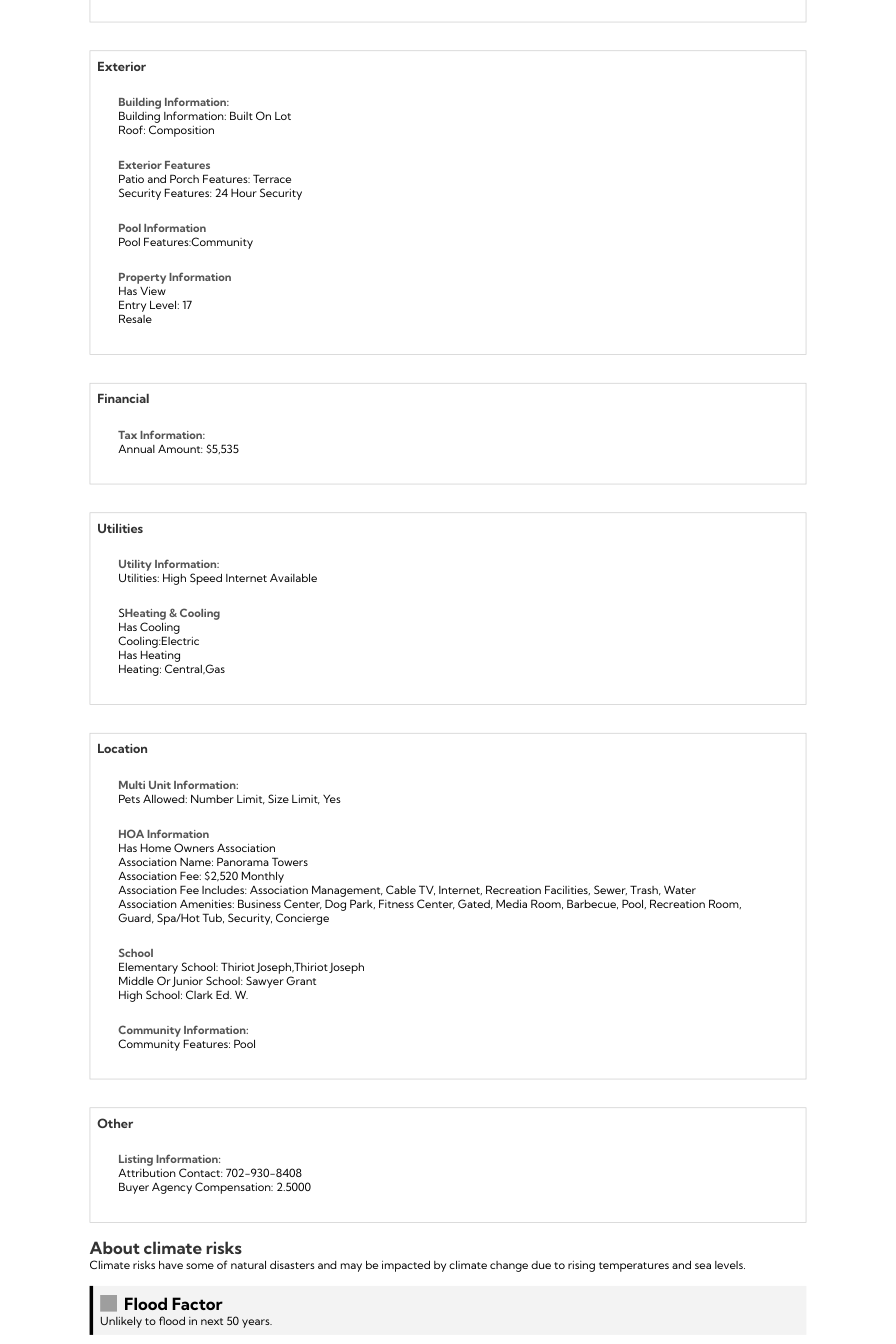
Repository: MrAllin1/ProgWWW_23_Gr1
Page: pages/House1.html
The author's editor kept a copy of each file at every save. The page is drawn from the files as they stood at one save, then again after the next save.
The browser window is 1280 px wide. The pictures show the part of the page from y = 3260 to 5180 px (the page is 5797 px tall before and 5777 px after), at 70% of full size.
Pictures or frames that could not be fetched are drawn as grey boxes. A picture or video elsewhere on the page could not be fetched, so the positions and the page height are approximate. Some web libraries are served in a nearby version.

Above is the page before, as saved 2024-01-11 07:57:12.

After the next save:
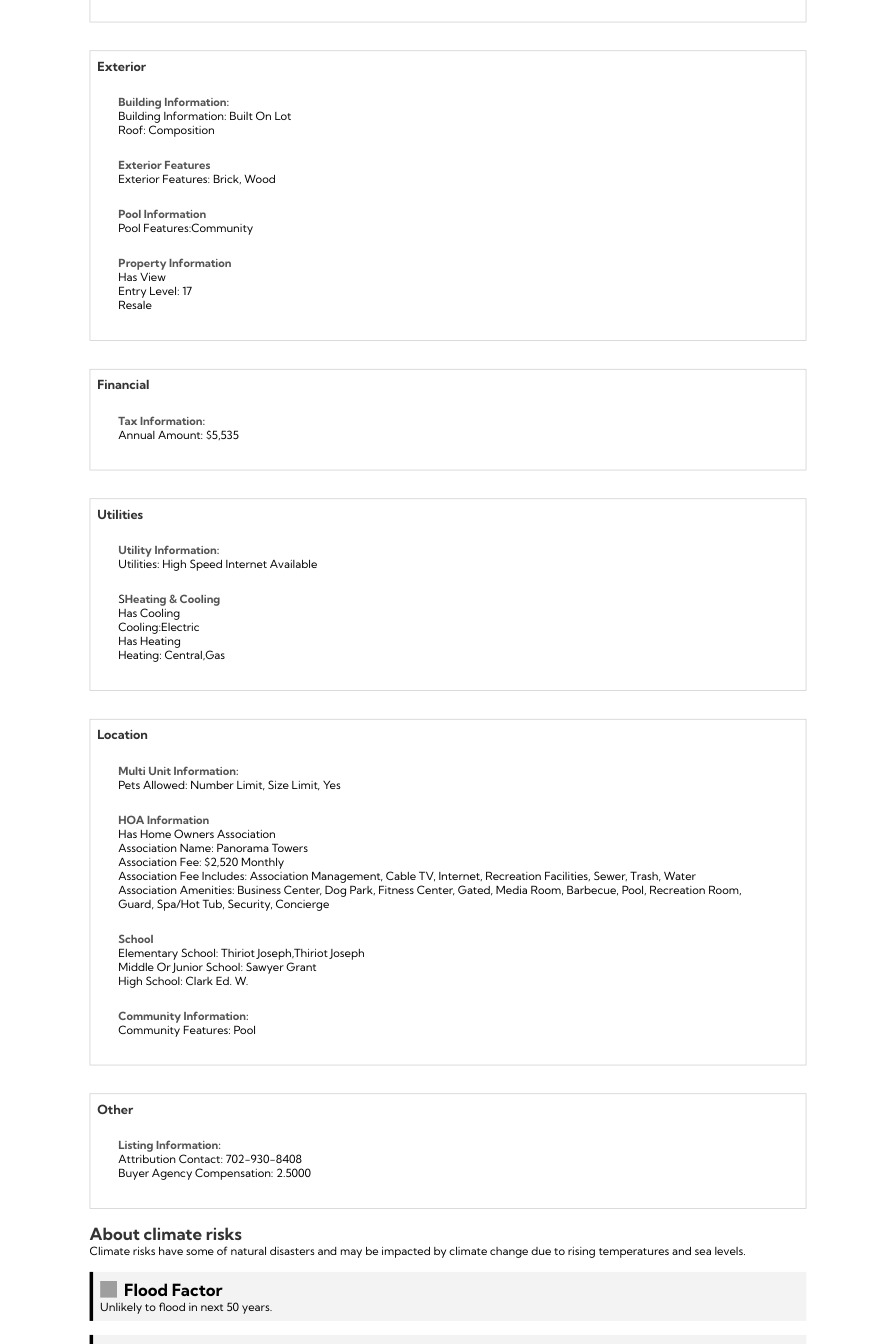
Saved 16 s later.
--- a/pages/House1.html
+++ b/pages/House1.html
@@ -148,7 +148,7 @@
                     <h2>Exterior</h2>
                     <ul>
                         <li><strong>Building Information:</strong></br> Building Information: Built On Lot</br>Roof: Composition</li>
-                        <li><strong>Exterior Features</strong></br>Patio and Porch Features: Terrace</br> Security Features: 24 Hour Security</li>
+                        <li><strong>Exterior Features</strong></br>Exterior Features: Brick, Wood</li>
                         <li><strong>Pool Information</strong></br> Pool Features:Community</li>
                         <li><strong>Property Information</strong></br> Has View</br>Entry Level: 17</br>Resale</li>
 
